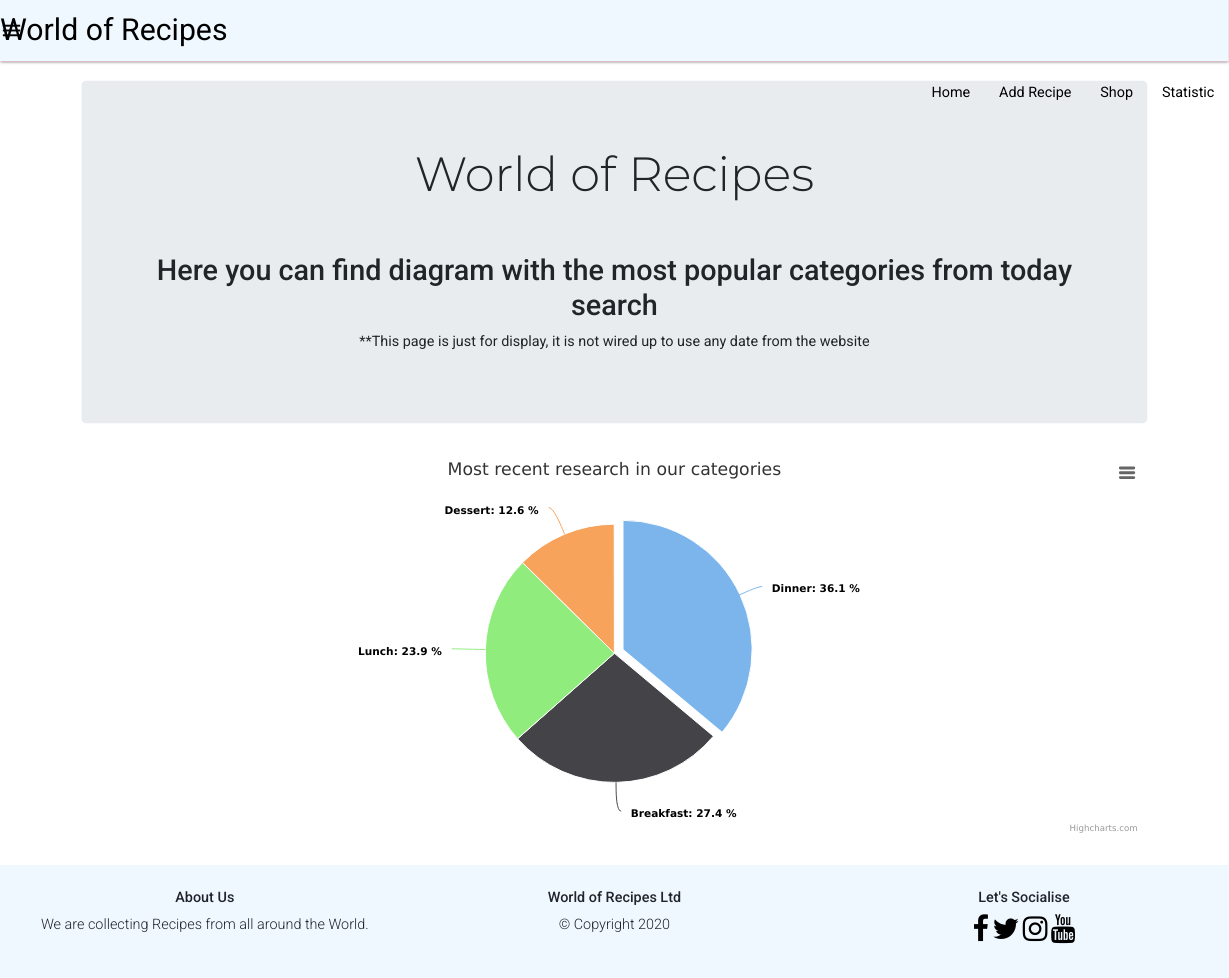
Repository: MarzDell/worldofrecipes
Page: http://localhost/stat
The author's editor kept a record of every edit. The page is drawn from the files as they stood at one moment, then again after the next edit.
The browser window is 1280 px wide. The pictures show the whole page, at 96% of full size.
Some web libraries are served in a nearby version. The page is served by the project's application, run on Flask 3 (app.py).

Above is the page before.

After the next edit:
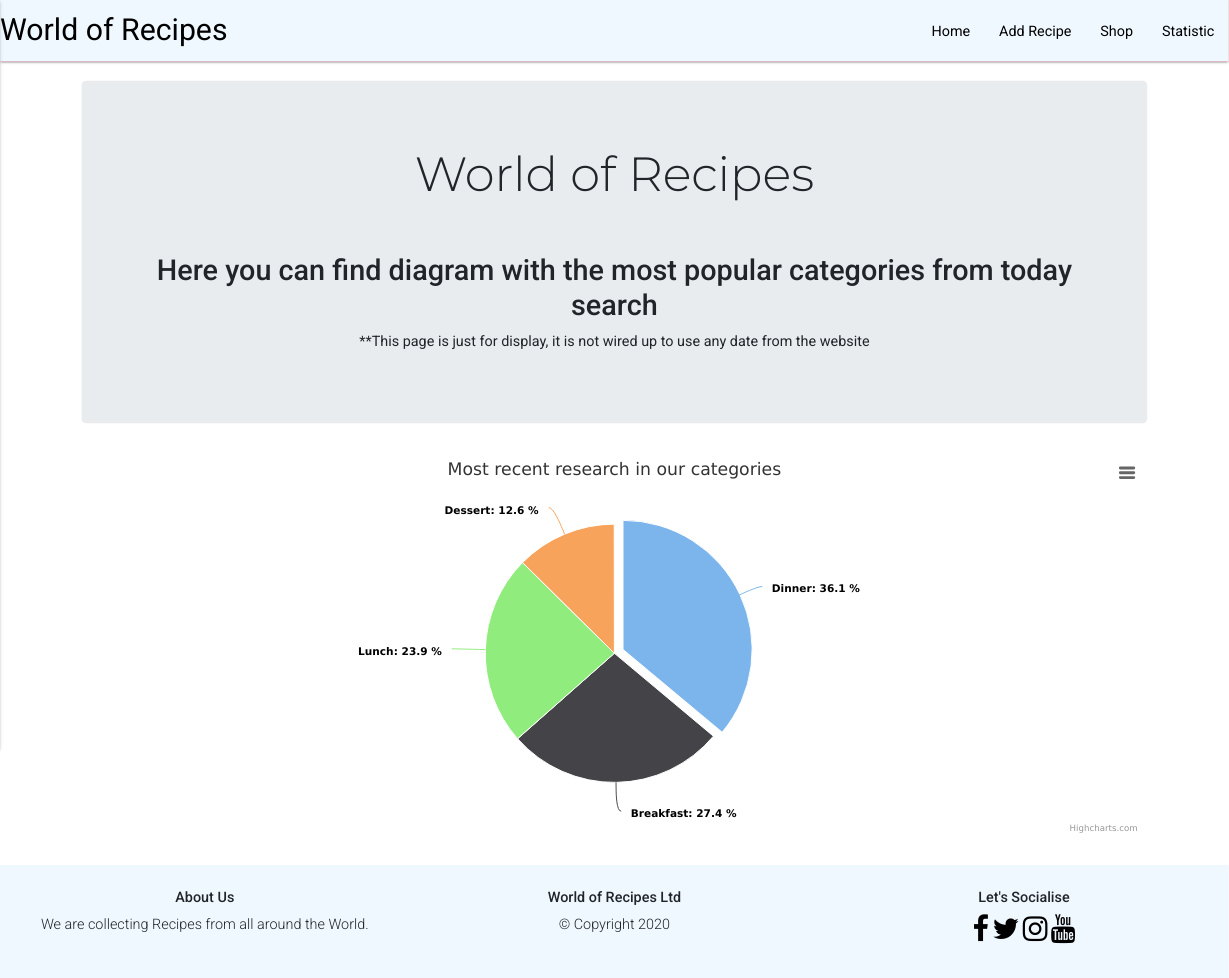
The edit:
--- a/templates/base.html
+++ b/templates/base.html
@@ -2,7 +2,7 @@
 <html lang="en">
 <head>
     <link href="https://fonts.googleapis.com/icon?family=Material+Icons" rel="stylesheet">
-    <link rel="stylesheet" href="https://cdnjs.cloudflare.com/ajax/libs/materialize/1.0.0/css/materialize.min.css">
+    <link rel="stylesheet" href="https://cdnjs.cloudflare.com/ajax/libs/materialize/0.100.2/css/materialize.min.css">
     <link rel="stylesheet" href="https://maxcdn.bootstrapcdn.com/bootstrap/4.0.0/css/bootstrap.min.css" integrity="sha384-Gn5384xqQ1aoWXA+058RXPxPg6fy4IWvTNh0E263XmFcJlSAwiGgFAW/dAiS6JXm" crossorigin="anonymous">
     <link rel="stylesheet" href="https://maxcdn.bootstrapcdn.com/font-awesome/4.7.0/css/font-awesome.min.css" type="text/css" />
     <link rel="stylesheet" href="https://cdnjs.cloudflare.com/ajax/libs/hover.css/2.1.1/css/hover-min.css" type="text/css" />
